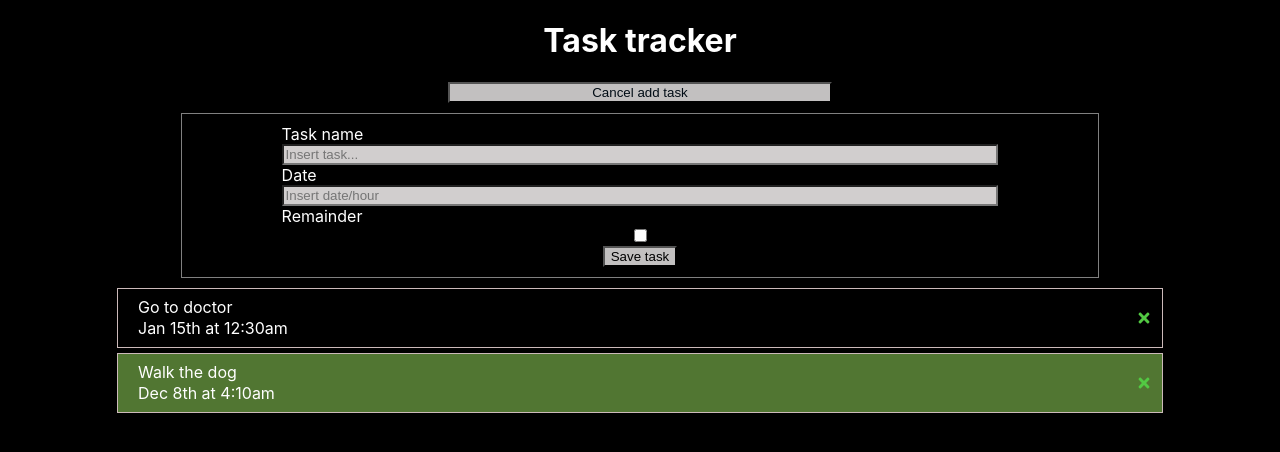
Repository: roscaImarius/task-tracker-react
Page: /, after clicking the first element matching `button.add-btn`
These files come from the project's save history. The page is drawn as it stood at one moment and after the next save; the edit follows.
The browser window is 1280 px wide. The pictures show the whole page.
The project was rebuilt for these pictures with package versions that can differ from the ones it lists, and the page was loaded fresh each time. Requests to the local data server were answered from the project's data file.

Above is the page before, as saved 2021-03-31 16:36:36.

After the next save:
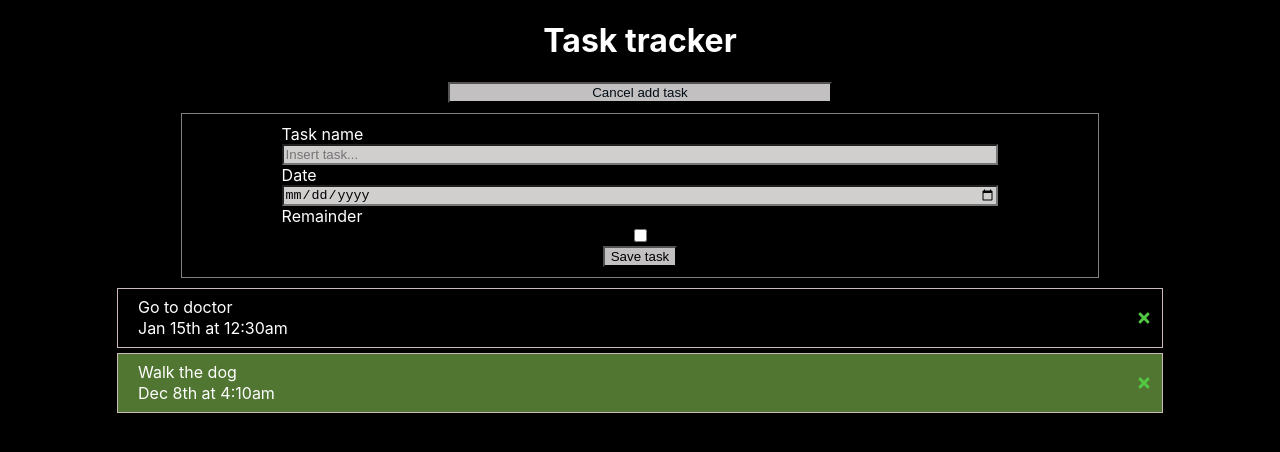
Saved 3 min 24 s later.
--- a/src/components/AddTask.js
+++ b/src/components/AddTask.js
@@ -37,16 +37,18 @@
         />
         {!textAdded ? <p>* Required!</p> : ""}
       </div>
+
       <div className="form-field">
         <label htmlFor="date">Date</label>
         <input
-          type="text"
+          type="date"
           id="date"
           value={date}
           placeholder="Insert date/hour"
           onChange={(e) => setDate(e.target.value)}
         />
       </div>
+
       <div className="form-field">
         <label htmlFor="remainder">Remainder</label>
         <input
@@ -56,6 +58,7 @@
           onChange={(e) => setReminder(e.currentTarget.checked)}
         />
       </div>
+
       <input className="saveTask" type="submit" value="Save task" />
     </form>
   );

After the save that followed:
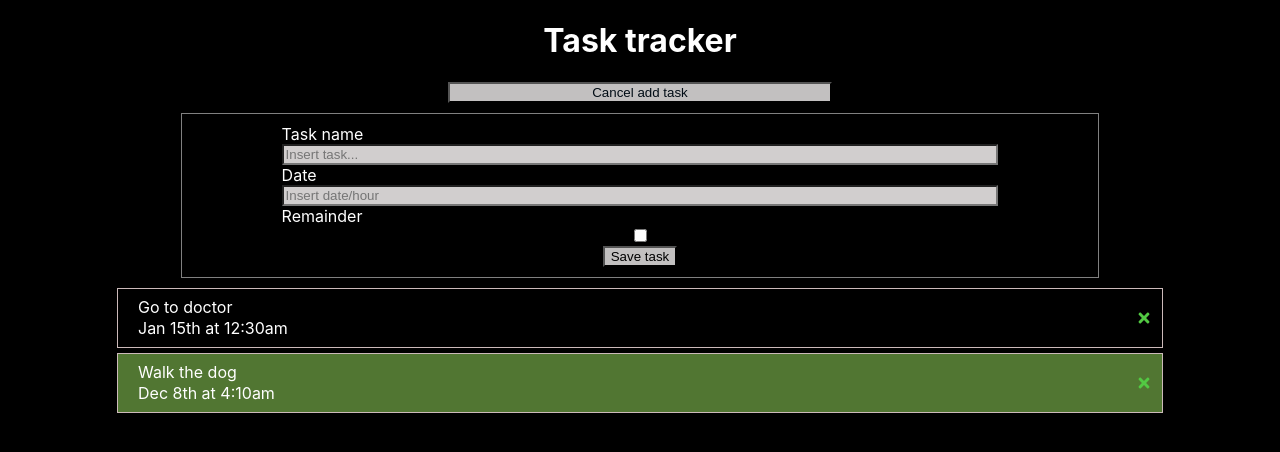
Saved 23 s later.
--- a/src/components/AddTask.js
+++ b/src/components/AddTask.js
@@ -41,7 +41,7 @@
       <div className="form-field">
         <label htmlFor="date">Date</label>
         <input
-          type="date"
+          type="text"
           id="date"
           value={date}
           placeholder="Insert date/hour"
